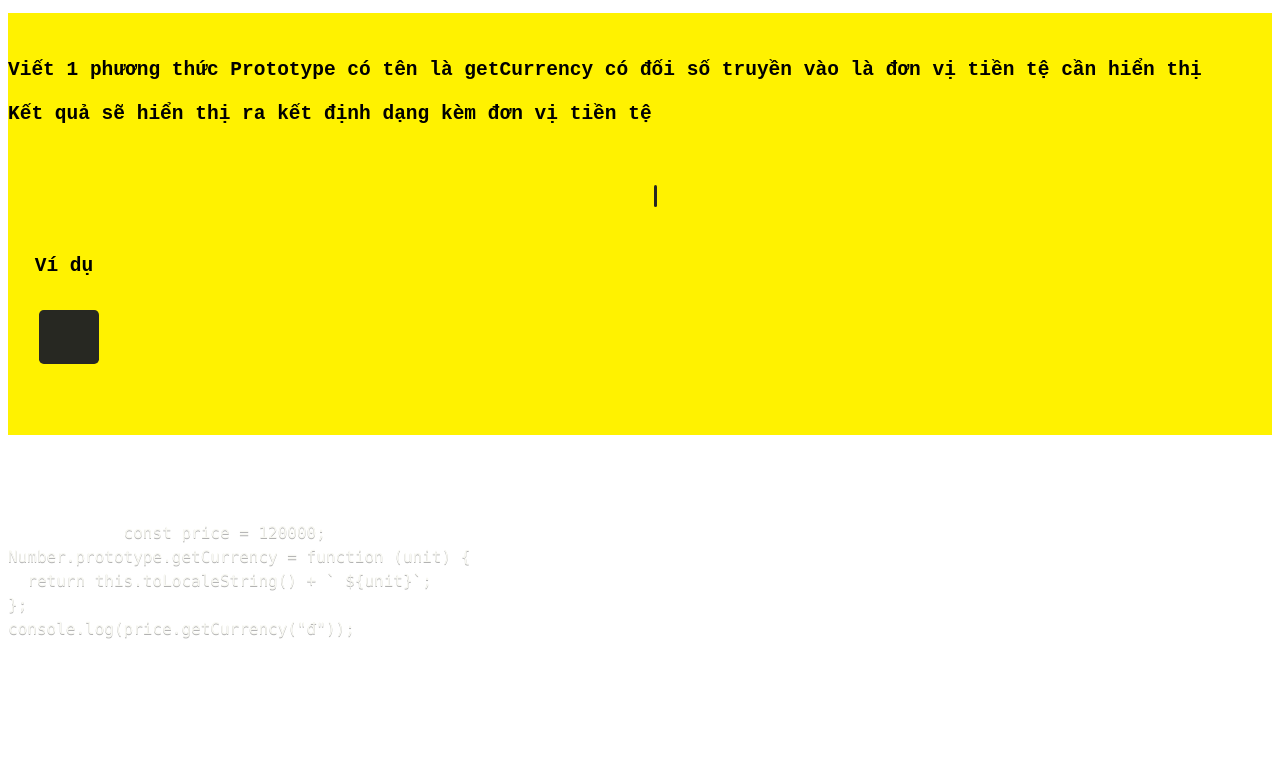
Repository: Dongnguyen318/Quydong
Page: Day 22/ex02.html
An editor plug-in stored every save of this project. The page is shown before and after the next save, followed by the edit.
The browser window is 1280 px wide. The pictures show the whole page.

Above is the page before, as saved 2023-08-29 23:56:01.

### Day 22/ex02.html
<!DOCTYPE html>
<html lang="en">
  <head>
    <meta charset="UTF-8" />
    <meta name="viewport" content="width=device-width, initial-scale=1.0" />
    <title>Document</title>
    <link
      rel="stylesheet"
      href="https://cdn.jsdelivr.net/npm/prismjs@1.29.0/themes/prism-okaidia.min.css"
    />
    <script src="./js/2.js"></script>
  </head>
  <body>
    <pre style="background-color: rgb(255, 242, 0)">
        <code >
            <h2>Viết 1 phương thức Prototype có tên là getCurrency có đối số truyền vào là đơn vị tiền tệ cần hiển thị

Kết quả sẽ hiển thị ra kết định dạng kèm đơn vị tiền tệ</h2>
<p style="text-align: center;">
    <code class="language-js">
    </code>
    <h2 style="padding: 15px;" > Ví dụ</h2>
    <code class="language-js" style="padding: 15px 30px 20px;">
    </code>


</p>
        </code>
    </pre>
    <br />
    <br />
    <pre>
        <code class="language-js">
            const price = 120000;
Number.prototype.getCurrency = function (unit) {
  return this.toLocaleString() + ` ${unit}`;
};
console.log(price.getCurrency("đ"));



        </code>
    </pre>
    <script src="https://cdn.jsdelivr.net/npm/prismjs@1.29.0/components/prism-core.min.js"></script>
    <script src="https://cdn.jsdelivr.net/npm/prismjs@1.29.0/plugins/autoloader/prism-autoloader.min.js"></script>
  </body>
</html>

### Day 22/js/2.js
const price = 120000;
Number.prototype.getCurrency = function (unit) {
  return this.toLocaleString() + ` ${unit}`;
};
console.log(price.getCurrency("đ"));

After the next save:
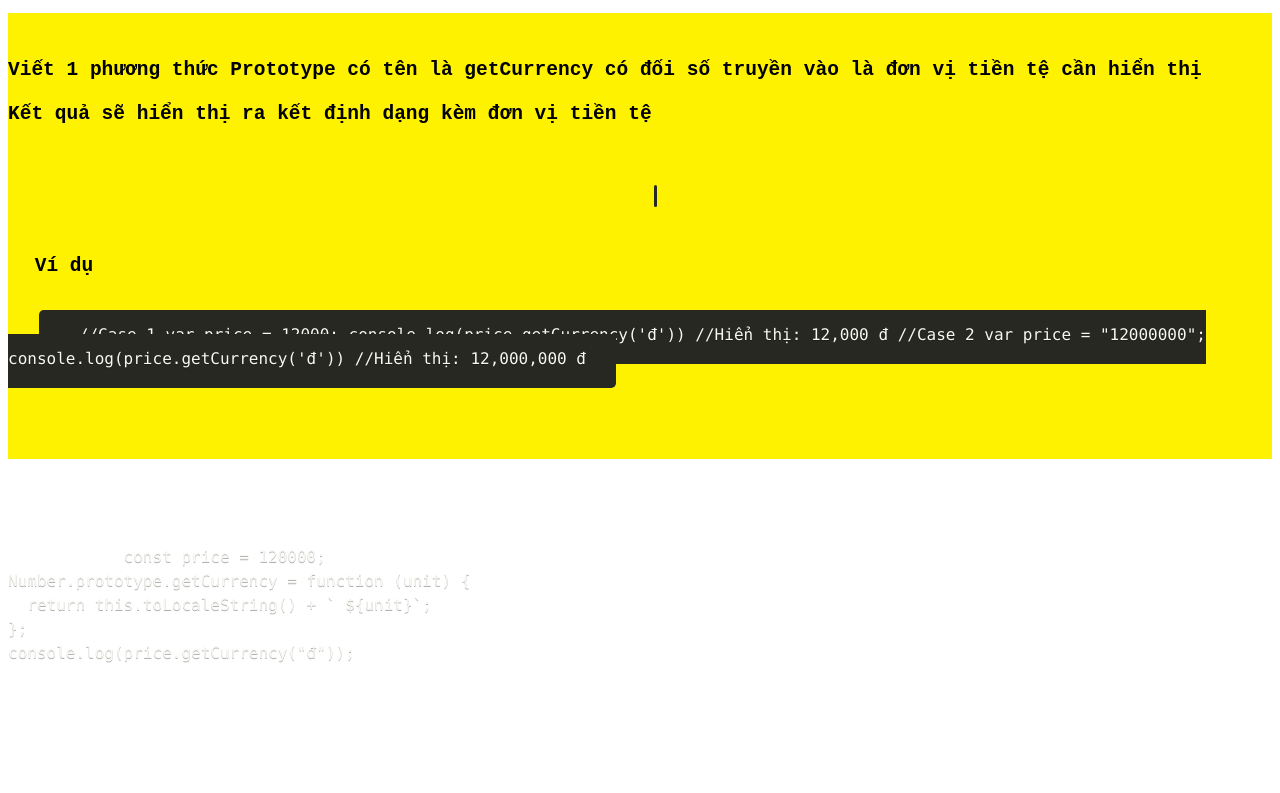
Saved 17 s later.
--- a/Day 22/ex02.html
+++ b/Day 22/ex02.html
@@ -21,6 +21,13 @@ Kết quả sẽ hiển thị ra kết định dạng kèm đơn vị tiền t
     </code>
     <h2 style="padding: 15px;" > Ví dụ</h2>
     <code class="language-js" style="padding: 15px 30px 20px;">
+        //Case 1
+var price = 12000;
+console.log(price.getCurrency('đ')) //Hiển thị: 12,000 đ
+
+//Case 2
+var price = "12000000";
+console.log(price.getCurrency('đ')) //Hiển thị: 12,000,000 đ
     </code>
 
 
